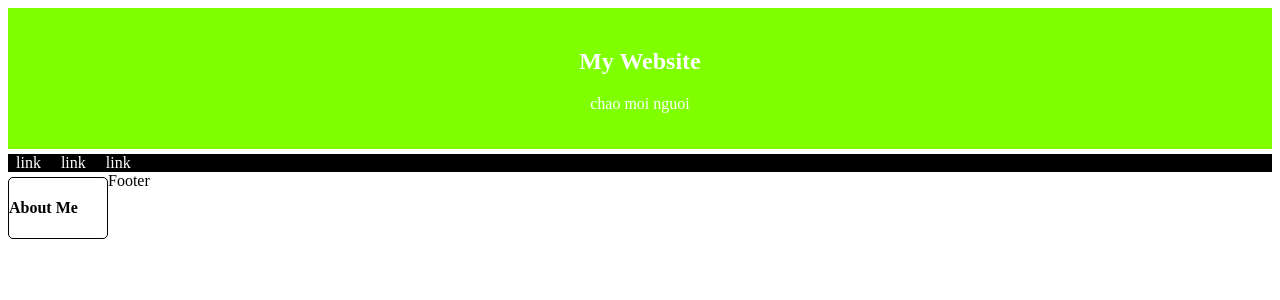
Repository: Lehuyhuynh/BTH2-CSS
Page: BTH2/index,.html
The author's editor kept a copy of each file at every save. The page is drawn from the files as they stood at one save, then again after a run of saves.
The browser window is 1280 px wide. The pictures show the whole page.

Above is the page before, as saved 2023-08-11 10:57:31.

After the next 2 saves:
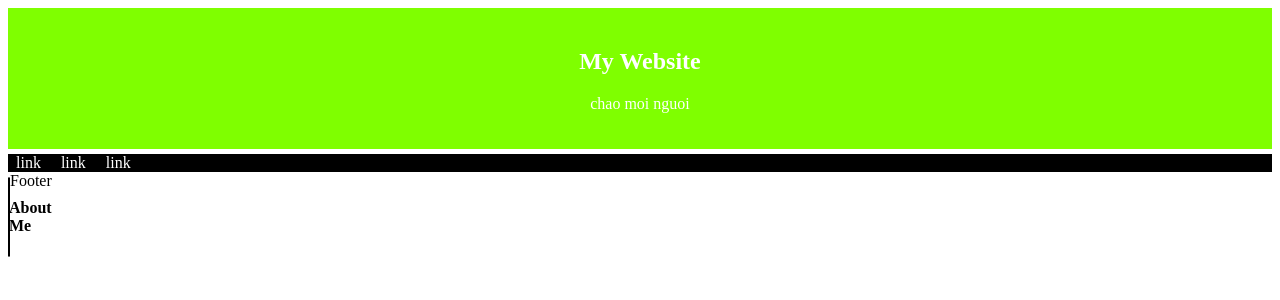
The 2 saves are shown as one change because they came seconds apart.
The last was saved 24 s later.
--- a/BTH2/style.css
+++ b/BTH2/style.css
@@ -28,5 +28,5 @@ p{
   float: left;
   margin-top: 5px;
   height: 100%;
-  width: 100px;
+  width: 00px;
 }
